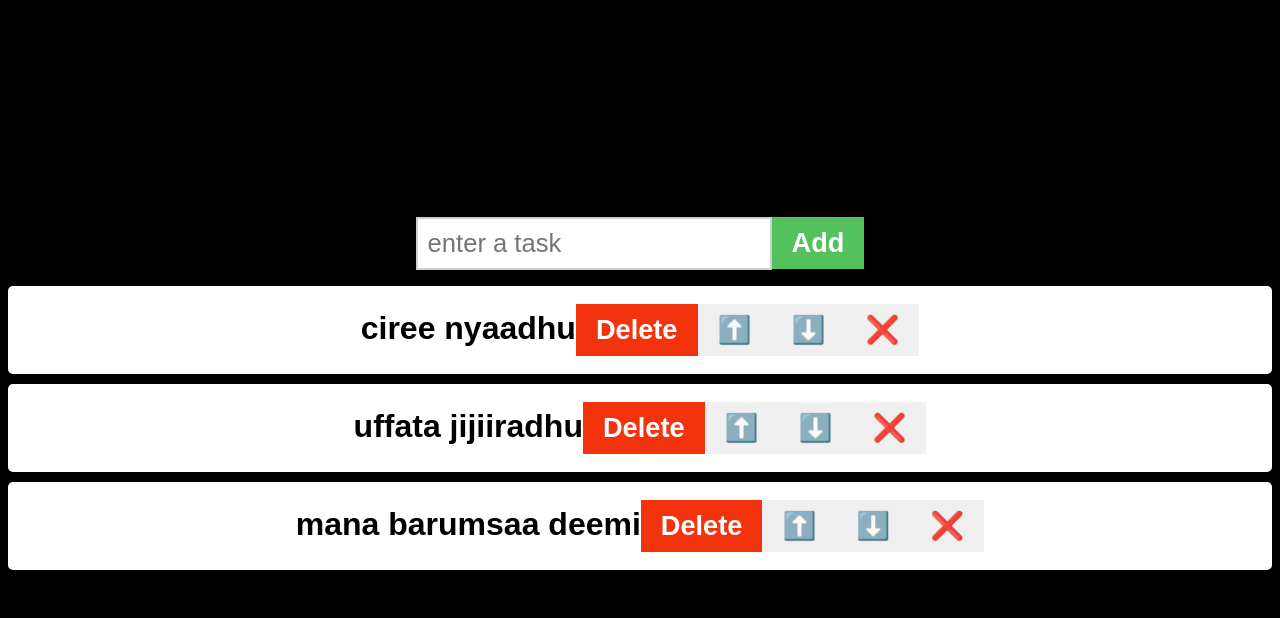
Repository: wakoya-tech/to-do-list-app
Page: /
An editor plug-in stored every save of this project. The page is shown before and after the next save, followed by the edit.
The browser window is 1280 px wide. The pictures show the whole page.
The project was rebuilt for these pictures with package versions that can differ from the ones it lists, and the page was loaded fresh each time. Also part of the build but not shown: vite.config.js, src/App.css.

Above is the page before, as saved 2025-10-16 16:56:54.

After the next save:
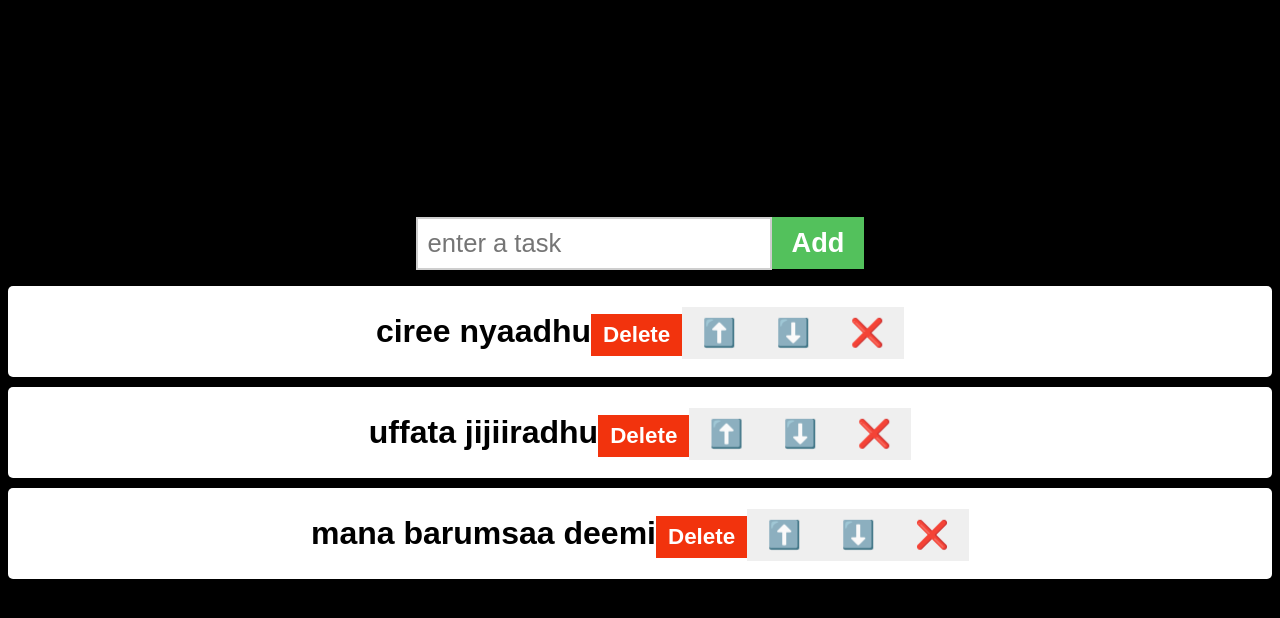
Saved 78 s later.
--- a/src/index.css
+++ b/src/index.css
@@ -57,5 +57,7 @@ li{
 
 }
 .delete-button, .move-button {
-
+padding: 8px 12px;
+font-size: 1.4rem;
+margin-top: 10px;
 }
